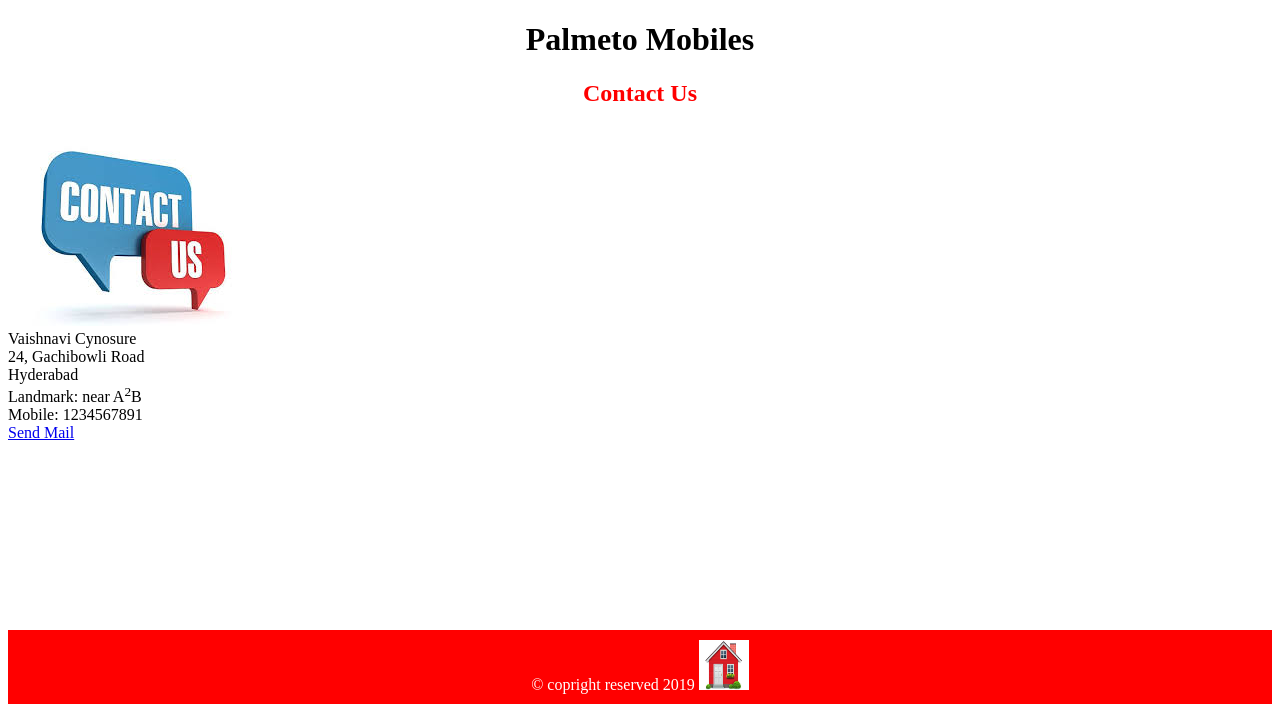
Repository: abhishekj720/HSBCLearn
Page: html/HtmlCssDemo/WebContent/ContactUs.html
The author's editor kept a copy of each file at every save. The page is drawn from the files as they stood at one save, then again after the next save.
The browser window is 1280 px wide. The pictures show the whole page.

Above is the page before, as saved 2019-07-29 07:06:46.

### html/HtmlCssDemo/WebContent/ContactUs.html
<!DOCTYPE html>
<html>
<head>
<meta charset="UTF-8" keywords="palmeto, corporate training">
<title>Palmeto - Contact Us</title>
<link href="hsbc.css" rel=stylesheet>
</head>
<body>
	<header>
		<h1>Palmeto Mobiles</h1>
	</header>
	<article>
		<h2>Contact Us</h2>
		<div>
		<img src = "images/contactus.jpg"/><br/>
		<span>Vaishnavi Cynosure</span><br/>
		<span>24, Gachibowli Road</span><br/>
		<span>Hyderabad</span><br/>
		<span>Landmark: near A<sup>2</sup>B</span><br/>
		<span>Mobile: 1234567891</span><br/>
		<span><a href="mailto:hr@palmeto.com">Send Mail</a></span>
		</div>
	</article>
	<footer>
	&copy; copright reserved 2019
	<a href="home.html"><img src = "images/home.jpg"/>

	</footer>
</body>
</html>

### html/HtmlCssDemo/WebContent/hsbc.css
@charset "UTF-8";
header,footer{
	text-align:center;
}
header{
	background-color:#4698c8
	color:white;
}
footer{
	background-color:red;
	padding:10px;
	color:white;
}
footer img{
	height:50px;
	width:50px;
}
article{
	min-height:550px;
}

article h2{
	text-align:center;
	color: red;

}

After the next save:
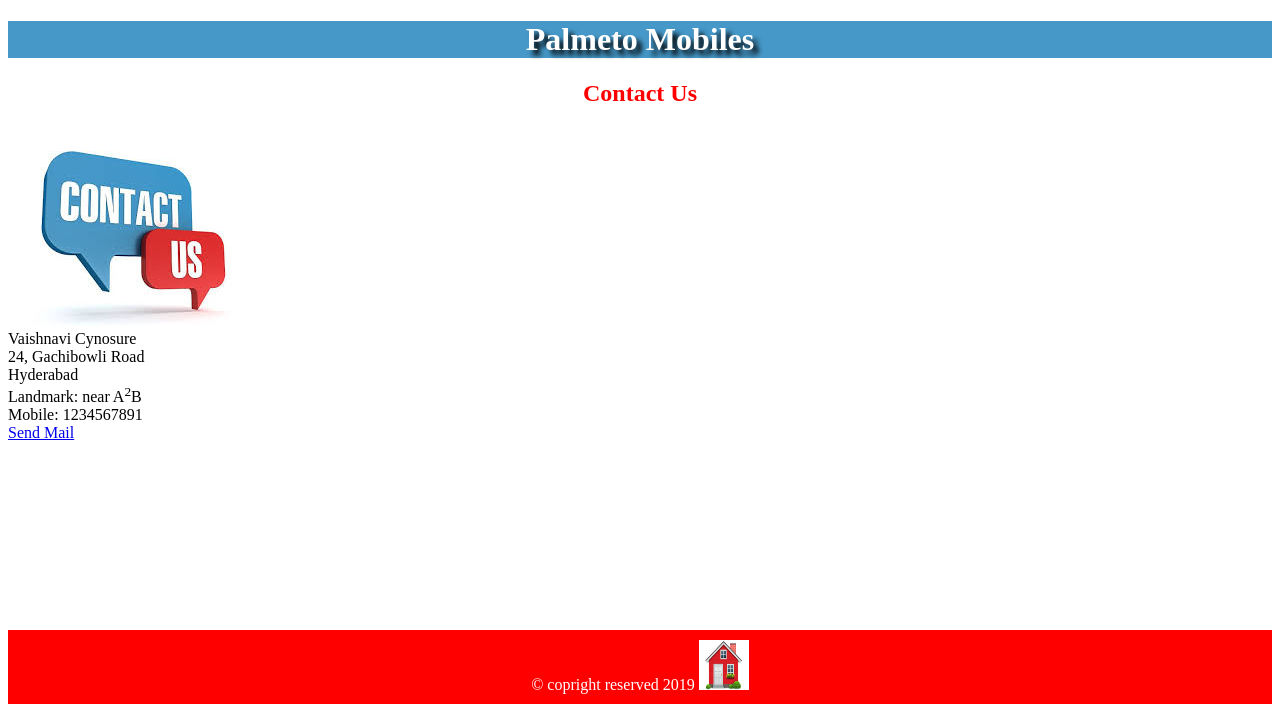
Saved 44 s later.
--- a/html/HtmlCssDemo/WebContent/hsbc.css
+++ b/html/HtmlCssDemo/WebContent/hsbc.css
@@ -3,8 +3,10 @@ header,footer{
 	text-align:center;
 }
 header{
-	background-color:#4698c8
-	color:white;
+	background-color:#4698c8;
+	color: white;
+	text-shadow:5px 5px 5px black;
+	font-family:cursive;
 }
 footer{
 	background-color:red;
